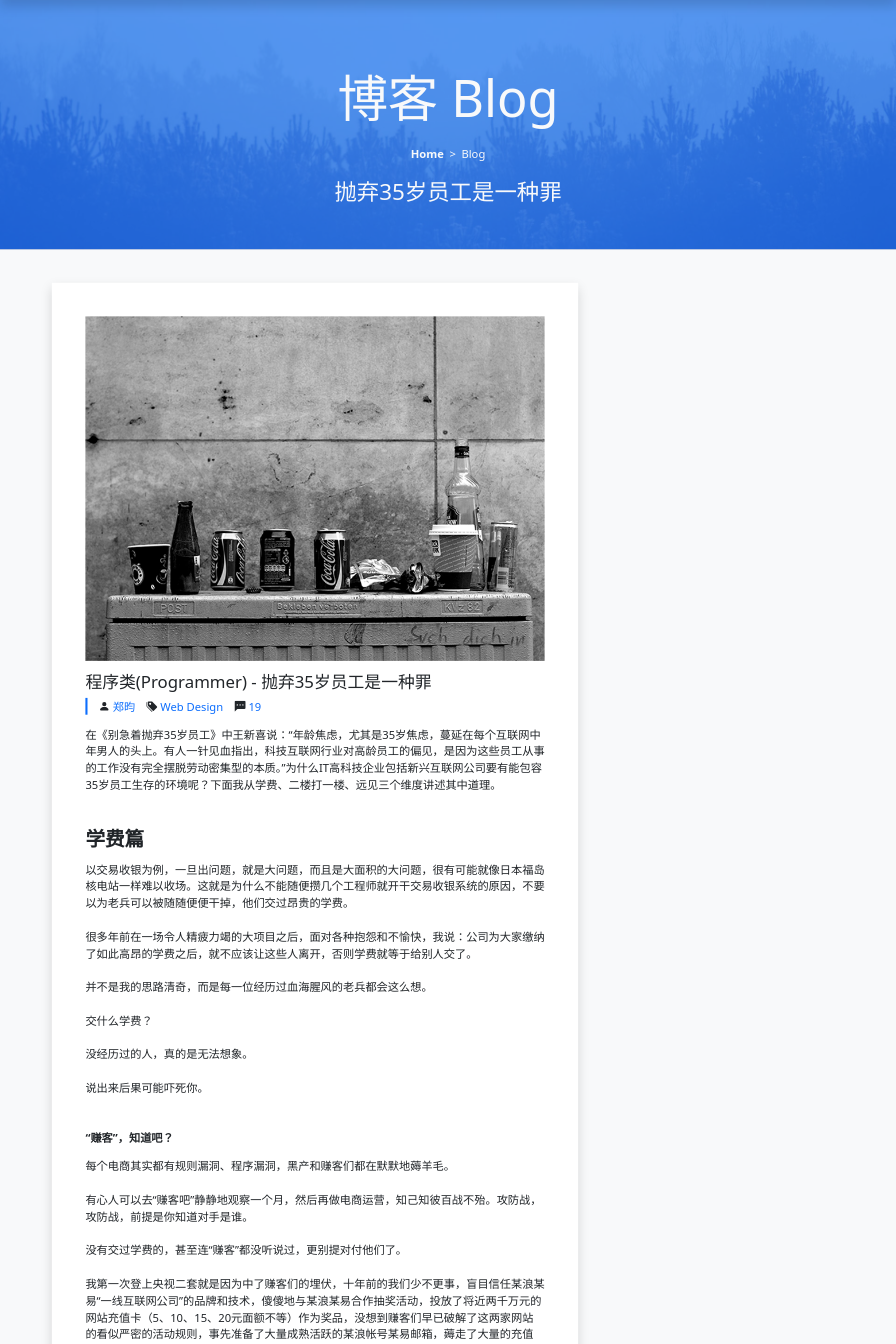
Repository: herjuandlonely/github.io
Page: index-blog.html
These files come from the project's save history. The page is drawn as it stood at one moment and after the next save; the edit follows.
The browser window is 1280 px wide. The pictures show the part of the page from y = 0 to 1920 px (the page is 3872 px tall), at 70% of full size.
Backgrounds fixed to the window are drawn as part of the page.

Above is the page before, as saved 2022-07-01 15:41:05.

After the next save:
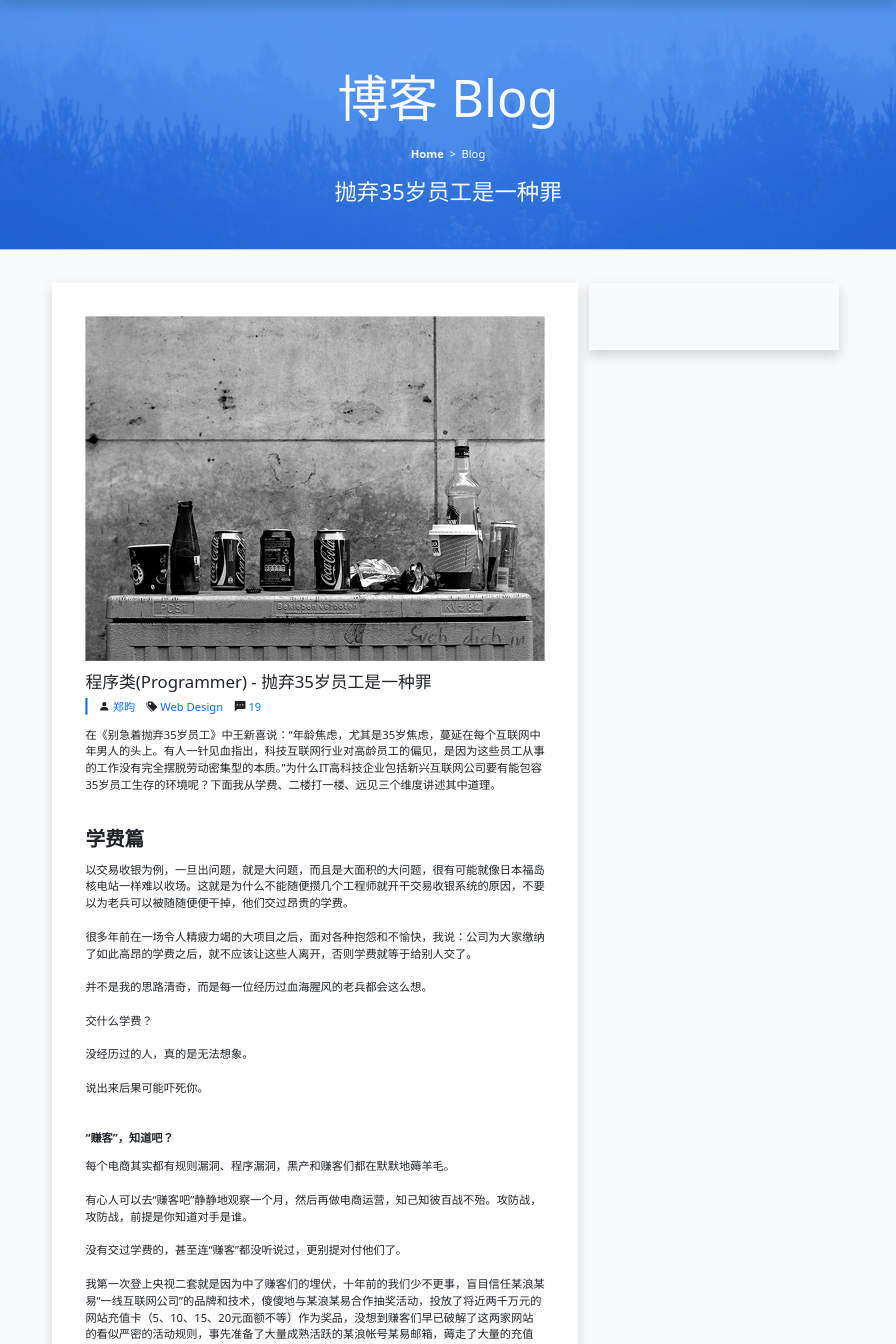
Saved 12 min 59 s later.
--- a/index-blog.html
+++ b/index-blog.html
@@ -192,7 +192,7 @@
                 </div>
             </div>
             <div class="col-lg-4">
-
+                <div class="shadow p-5"></div>
             </div>
         </div>
     </div>
